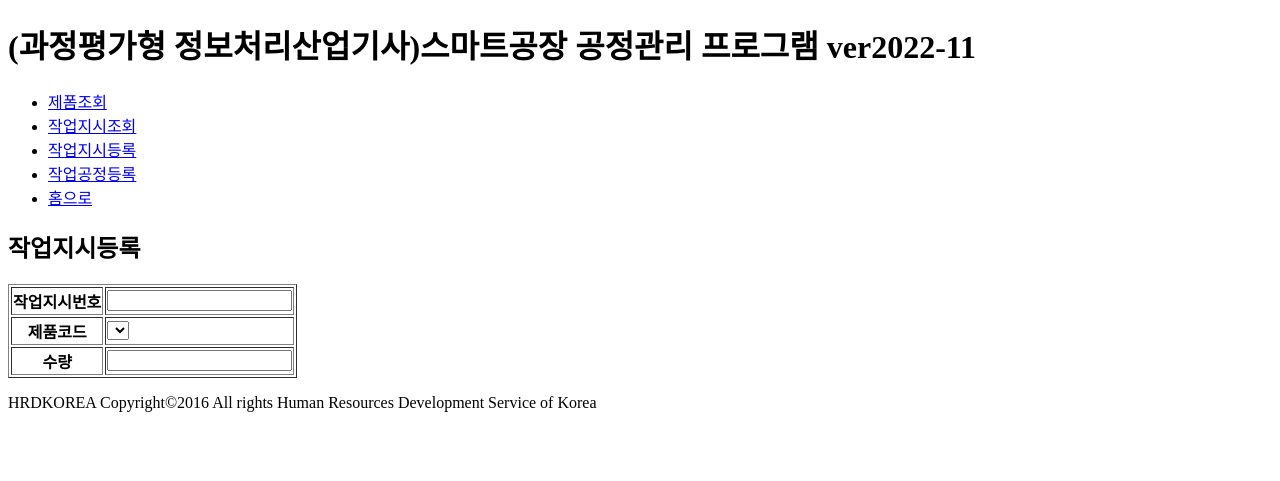
Repository: anakyn01/exam
Page: http://localhost/smart_5/sub2_1.jsp
An editor plug-in stored every save of this project. The page is shown before and after the next save, followed by the edit.
The browser window is 1280 px wide. The pictures show the whole page.
The page is served by Tomcat 9.

Above is the page before, as saved 2025-01-06 07:20:20.

After the next save:
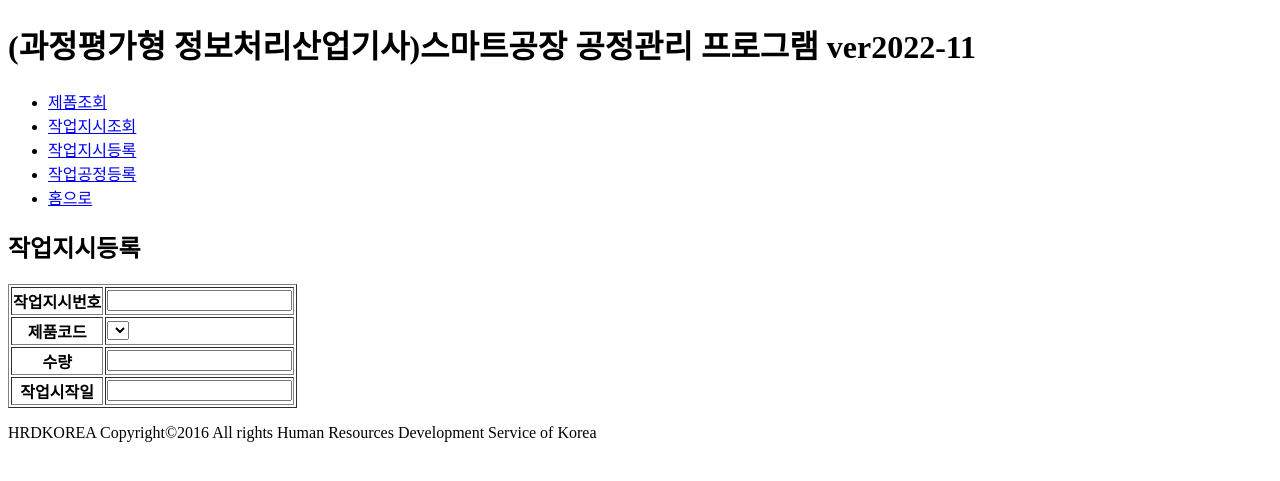
Saved 39 s later.
--- a/smart_5/src/main/webapp/sub2_1.jsp
+++ b/smart_5/src/main/webapp/sub2_1.jsp
@@ -25,6 +25,12 @@
 		<input type="text" name="w_quentity">
 	</td>
 </tr>
+<tr>
+	<th>작업시작일</th>
+		<td>
+		<input type="text" name="w_quentity">
+	</td>
+</tr>
 </table>
 </section>
 
